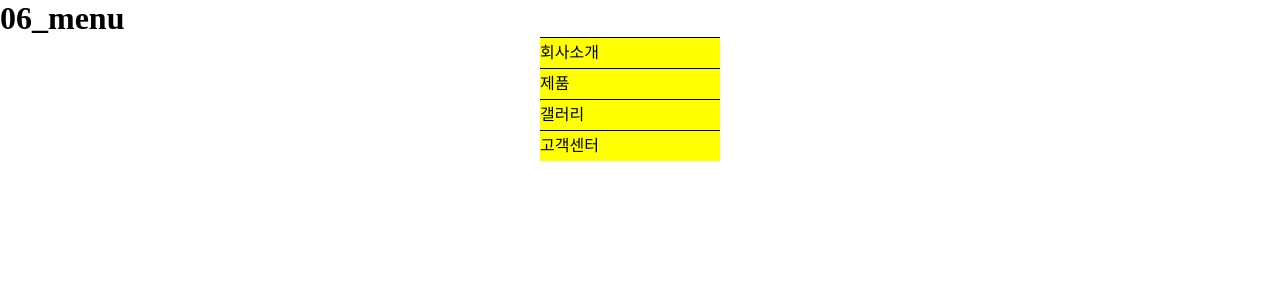
Repository: psun2/Korea-IT-Academy
Page: (back up) _ 오전/study_a/web_work/scriptProj/WebContent/dom/06_menu.html
These files come from the project's save history. The page is drawn as it stood at one moment and after the next save; the edit follows.
The browser window is 1280 px wide. The pictures show the whole page.
After loading, the first visible `li.mm` was clicked once.

Above is the page before, as saved 2020-08-06 04:53:07.

After the next save:
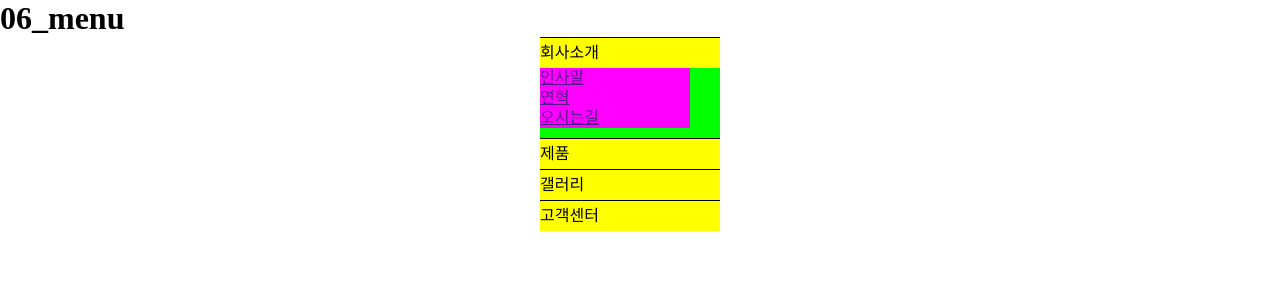
Saved 36 s later.
--- a/(back up) _ 오전/study_a/web_work/scriptProj/WebContent/dom/06_menu.html
+++ b/(back up) _ 오전/study_a/web_work/scriptProj/WebContent/dom/06_menu.html
@@ -57,7 +57,7 @@ window.onload=function(){
 	function mmClk(){
 		ccChange(this)
 		//console.log(this)
-		this.style.height=100
+		this.style.height='100px'
 	}
 
 	var mm = document.getElementsByClassName("mm");
